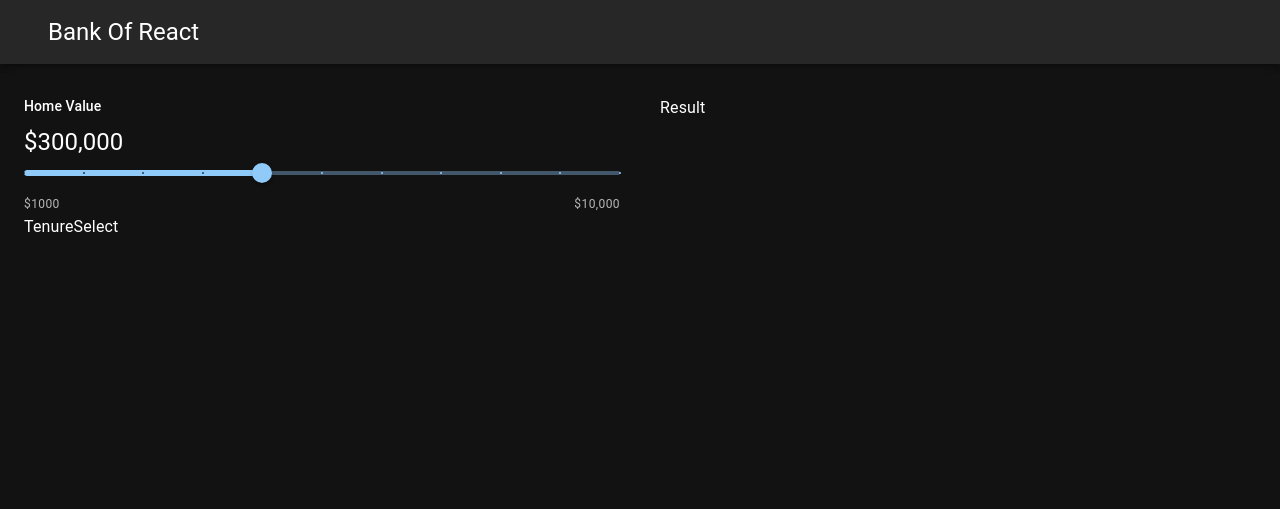
Repository: MikeeBuilds/mortgage-calculator
Page: /
These files come from the project's save history. The page is drawn as it stood at one moment and after a run of saves; the edit follows.
The browser window is 1280 px wide. The pictures show the whole page.
The project was rebuilt for these pictures with package versions that can differ from the ones it lists, and the page was loaded fresh each time.

Above is the page before, as saved 2023-04-03 21:35:40.

After the next 3 saves:
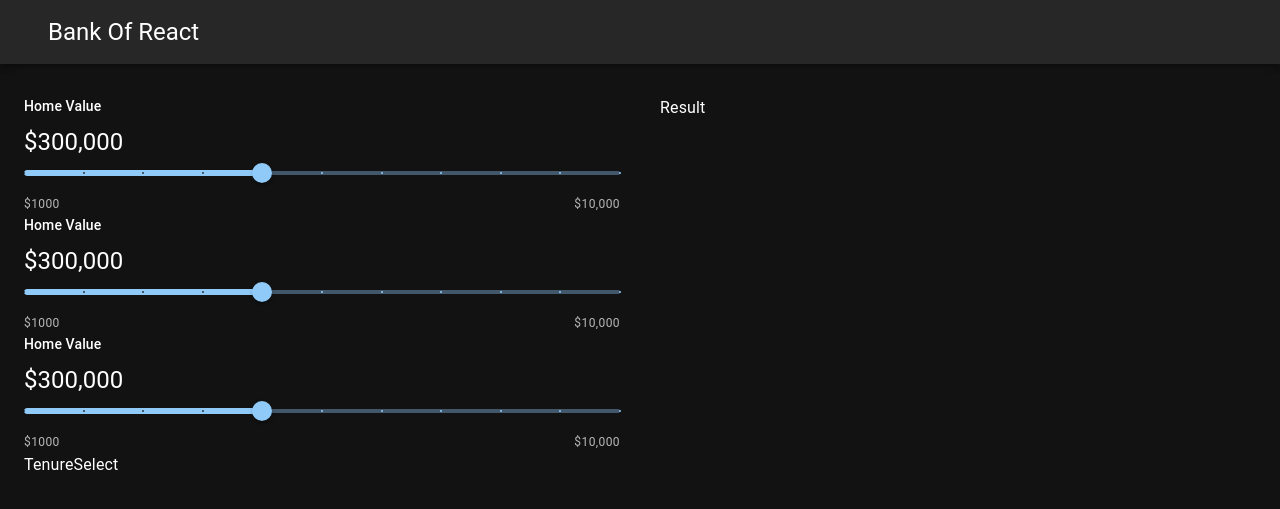
The 3 saves are shown as one change because they came seconds apart.
The last was saved 61 s later.
--- a/src/components/SliderSelect.js
+++ b/src/components/SliderSelect.js
@@ -5,6 +5,20 @@ const SliderSelect = () => {
   return (
     <>
         <SliderComponent
+            min={0}
+            max={50}
+            defaultValue={20}
+            step={5 }
+            onChange={(e, value) => console.log(value)}
+        />
+          <SliderComponent
+            min={0}
+            max={50}
+            defaultValue={20}
+            step={5 }
+            onChange={(e, value) => console.log(value)}
+        />
+          <SliderComponent
             min={0}
             max={50}
             defaultValue={20}
